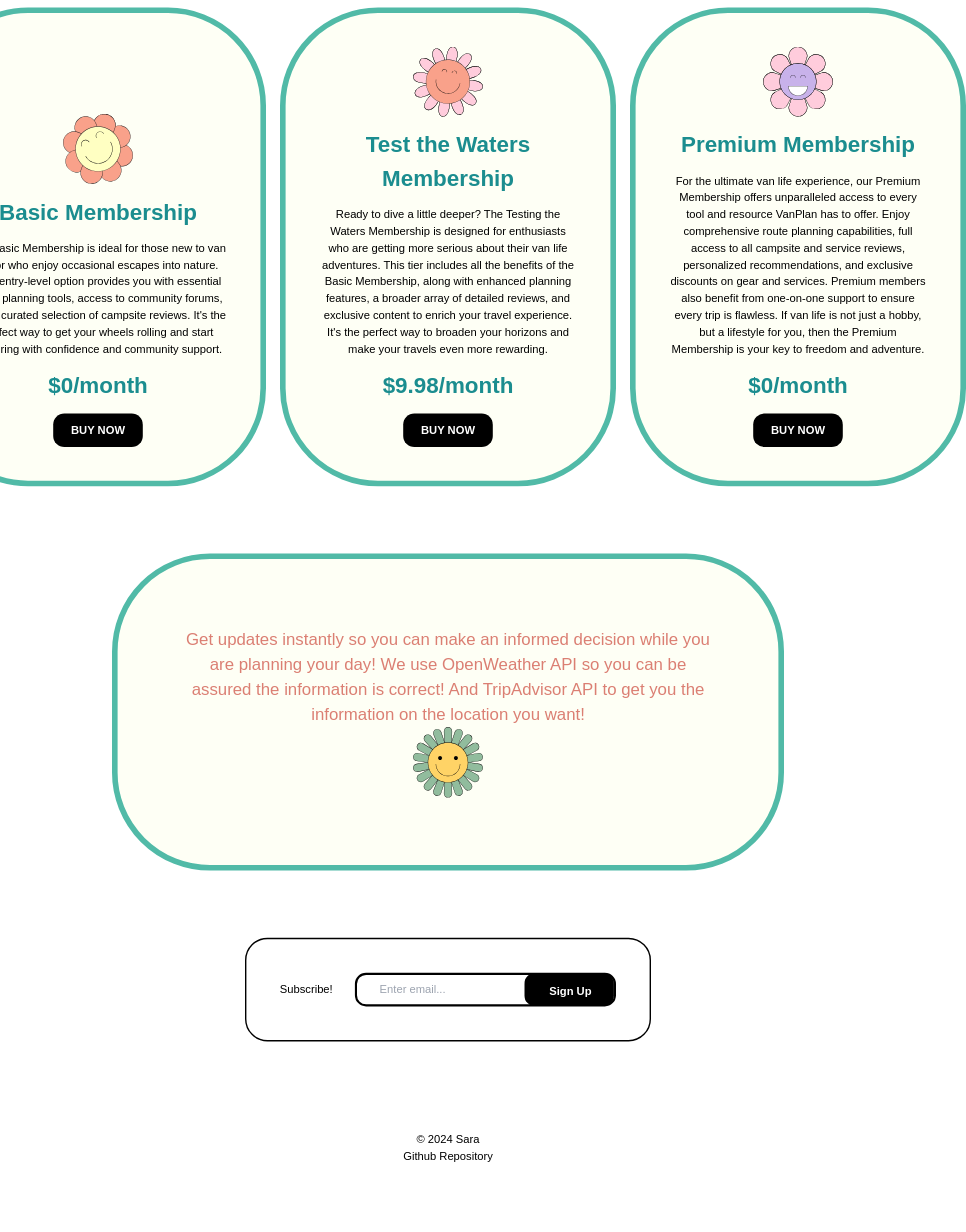
Repository: SaraShio/landing-page
Page: /
These files come from the project's save history. The page is drawn as it stood at one moment and after the next save; the edit follows.
The browser window is 1280 px wide. The page is 1380 px wide, so the pictures cover 1380 px, including what lies to the right of the window. The pictures show the part of the page from y = 864 to 2624 px (the page is 2624 px tall), at 70% of full size.
The project was rebuilt for these pictures with package versions that can differ from the ones it lists, and the page was loaded fresh each time. The framework's server and built-in components were replaced by stand-ins that run in the browser. Also part of the build but not shown: next.config.mjs.

Above is the page before, as saved 2024-03-08 22:21:47.

### src/pages/index.tsx
//import Spline from '@splinetool/react-spline';

import Image from "next/image";

import Header from "../../components/Header";
import Hero from "../../components/Hero";
import PriceCards from '../../components/PriceCards';
import SubBanner from "../../components/SubBanner";
import Subscribe from "../../components/Subscribe";
import Footer from "../../components/Footer";

export default function Home() {
  return (
    <main className={`flex min-h-screen flex-col items-center justify-between p-24`}>
      <Header />
      <Hero/>
      <PriceCards/>
      <SubBanner/>
      <Subscribe/>
      <Footer />
    </main>
  );
}

### src/styles/globals.css
@tailwind base;
@tailwind components;
@tailwind utilities;

@import url('https://fonts.googleapis.com/css2?family=Nunito:wght@400;600;700&display=swap');

:root {
 --black:#000000;
 --white: #FFFFFF;
 --light-gray: #fefff5;
 --gray: #B6B6B6;
 --teal: #26A8AB;
 --dark-teal: #1b8d8f;
 --mint: #51BAA7;
 --salmon: #DB7F73;
 --light-green: #DCDFCC;

 --card-padding: 3rem;
 --sub-banner-padding: 6rem;
}

body {
  font-family: 'Nunito', sans-serif;
  background-color: var(--white);
}

### components/Header/index.tsx
import Image from "next/image";
import styles from "./Header.module.css";

export default function Header() {
  return (
    <>
      <div className={styles.header_container}>
        <div className={styles.logo_img}>
          <Image
            src="/images/green_logo.svg"
            alt="VanPlan Logo"
            width={400}
            height={400}
          />
        </div>

        <div className={styles.input_container}>
        <form>
            <input type="text" placeholder="Enter email...">

            </input>
        </form>
        <button className={styles.signup_button}>Sign Up</button>
        </div>
      </div>
    </>
  );
}

### components/Hero/index.tsx
import { style } from "@mui/system";
import Image from "next/image";
import styles from "./Hero.module.css";

export default function Hero() {
  return (
    <>
      <div className={styles.hero_container}>
        <Image src="/images/test1.jpeg" alt="Test" width={600} height={600} />

        <div className={styles.info_container}>
          <h1 className={styles.title}>Welcome!</h1>
          <h1 className={styles.subtitle}>Plan your day in<br></br>Vancouver</h1>

          <button className={styles.download_button}>FREE DOWNLOAD</button>
        </div>
      </div>
    </>
  );
}

### components/PriceCards/index.tsx
import styles from './PriceCards.module.css';

import CardOne from "../CardOne";
import CardTwo from "../CardTwo";
import CardThree from "../CardThree";

export default function PriceCards() {
  return (
    <>
      <div className={styles.price_card_container}>
        <CardOne />
        <CardTwo />
        <CardThree />
      </div>
    </>
  );
}

### components/SubBanner/index.tsx
import Image from "next/image";
import styles from "./SubBanner.module.css";


export default function SubBanner() {
  return (
    <main className={styles.sub_banner_container}>

    <h1>Get updates instantly so you can make an informed decision while you are planning your day! We use OpenWeather API so you can be assured the information is correct! And TripAdvisor API to get you the information on the location you want!</h1>

    <Image src="/images/test5.svg" alt="Test" width={100} height={100} />


    </main>
  );
}

### components/Subscribe/index.tsx
import Image from "next/image";
import styles from "./Subscribe.module.css";

export default function Subscribe() {
  return (
    <main className={styles.subscribe_container}>
      <h1>Subscribe!</h1>

      <form className={styles.input_container}>
        <input type="text" placeholder="Enter email..."></input>
        <button className={styles.signup_button}>Sign Up</button>
      </form>

    </main>
  );
}

### components/Footer/index.tsx
import Image from 'next/image';
import styles from './Footer.module.css';

export default function Footer(){
    return (
        <>
            <footer className={styles.footer_container}>
                <p>&copy; {new Date().getFullYear()} Sara</p>
                <a href="https://github.com/Haydenleung/MDIA-3109-Final-Project.git" target="_blank" rel="noopener noreferrer">Github Repository</a>
            </footer>
        </>
    )
}

### components/Header/Header.module.css
.header_container{
    display: flex;
    justify-content: space-between;
    align-items: center;
    width: 100vw;
    padding-right: 4rem;
    padding-left: 4rem;
  }

  .signup_button{
    border: 3px solid var(--black);
    border-right: none;
    border-radius: 1rem;
    padding: 12px;
    width: 8rem;
    height: 3rem;
    background-color: var(--black);
    color: var(--white);
    font-weight: 600;
  }

  .input_container{
    display: flex;
    align-items: center;
    border: 3px solid var(--black);
    border-radius: 1rem;
    height: 3rem;
    padding-left: 2rem;
  }

### components/Hero/Hero.module.css
.hero_container {
    color: var(--salmon);
    padding: 120px;
    text-align: left;
    display: flex;
    flex-direction: row;
    align-items: center;
    justify-content: center;
    background-color: var(--light-gray);
    border: 8px solid var(--mint);
    border-radius: 140px;
    margin-top: 2rem;
    margin-bottom: 6rem;
}

.info_container{
padding-left: 1rem;
}

.title {
    font-size: 4rem;
    font-weight: bold;
    color: var(--dark-teal);
}

.subtitle {
    font-size: 2rem;
    padding-bottom: 2rem;
}

.download_button {
    border: none;
    border-radius: 1rem;
    padding: 12px;
    width: 16rem;
    height: 3rem;
    background-color: var(--black);
    color: var(--white);
    font-weight: 800;
    cursor: pointer;
    position: absolute;

  }

  .download_button:hover {
    background-color: var(--white);
    color: var(--dark-teal);
    border: 2px solid var(--dark-teal);
    width: 18rem;
    height: 3rem;
  }

### components/PriceCards/PriceCards.module.css
.price_card_container {
    display: flex;
    flex-direction: row;
    align-items: stretch;
    justify-content: space-around;
    gap: 20px;
  }

### components/CardOne/index.tsx
import Image from "next/image";
import styles from "./CardOne.module.css";

export default function CardOne() {
  return (
    <>
      <div className={styles.card_one_container}>
        <Image src="/images/test2.svg" alt="Test" width={100} height={100} />
        <h1>Basic Membership</h1>
        <p>
          Our Basic Membership is ideal for those new to van life or who enjoy
          occasional escapes into nature. This entry-level option provides you
          with essential route planning tools, access to community forums, and a
          curated selection of campsite reviews. It's the perfect way to get
          your wheels rolling and start exploring with confidence and community
          support.
        </p>

        <h1>$0/month</h1>

        <button className={styles.buy_button}>BUY NOW</button>
      </div>
    </>
  );
}

### components/CardTwo/index.tsx
import Image from "next/image";
import styles from "./CardTwo.module.css";

export default function CardTwo() {
  return (
    <>
      <div className={styles.card_two_container}>
      <Image src="/images/test3.svg" alt="Test" width={100} height={100} />
      <h1>Test the Waters Membership</h1>
      <p>Ready to dive a little deeper? The Testing the Waters Membership is designed for enthusiasts who are getting more serious about their van life adventures. This tier includes all the benefits of the Basic Membership, along with enhanced planning features, a broader array of detailed reviews, and exclusive content to enrich your travel experience. It's the perfect way to broaden your horizons and make your travels even more rewarding.</p>

      <h1>$9.98/month</h1>

      <button className={styles.buy_button}>BUY NOW</button>
      </div>
    </>
  );
}

### components/CardThree/index.tsx
import Image from "next/image";
import styles from "./CardThree.module.css";

export default function CardThree() {
  return (
    <>
      <div className={styles.card_three_container}>
        <Image src="/images/test4.svg" alt="Test" width={100} height={100} />
        <h1>Premium Membership</h1>
        <p>
          For the ultimate van life experience, our Premium Membership offers
          unparalleled access to every tool and resource VanPlan has to offer.
          Enjoy comprehensive route planning capabilities, full access to all
          campsite and service reviews, personalized recommendations, and
          exclusive discounts on gear and services. Premium members also benefit
          from one-on-one support to ensure every trip is flawless. If van life
          is not just a hobby, but a lifestyle for you, then the Premium
          Membership is your key to freedom and adventure.
        </p>

        <h1>$0/month</h1>

        <button className={styles.buy_button}>BUY NOW</button>
      </div>
    </>
  );
}

### components/SubBanner/SubBanner.module.css
.sub_banner_container{
    border: 8px solid var(--mint);
    border-radius: 140px;
    background-color: var(--light-gray);
    padding: var(--sub-banner-padding);
    width: 60rem;
    display: flex;
    flex-direction: column;
    justify-content: center;
    align-items: center;
    text-align: center;
    font-size: 1.5rem;
    color: var(--salmon);
    margin-top: 6rem;
    margin-bottom: 6rem;
}

### components/Subscribe/Subscribe.module.css
.subscribe_container{
    display: flex;
    flex-direction: row;
    align-items: center;
    border: 2px solid var(--black);
    border-radius: 2rem;
    padding: var(--card-padding);
}

.signup_button{
    border: 3px solid var(--black);
    border-right: none;
    border-radius: 1rem;
    padding: 12px;
    width: 8rem;
    height: 3rem;
    background-color: var(--black);
    color: var(--white);
    font-weight: 600;
  }

  .input_container{
    display: flex;
    align-items: center;
    border: 3px solid var(--black);
    border-radius: 1rem;
    height: 3rem;
    padding-left: 2rem;
    margin-left: 2rem;
  }

### components/Footer/Footer.module.css
.footer_container {
    display: flex;
    flex-direction: column;
    justify-content: center;
    align-items: center;
    width: 100vw;
    padding-top: 8rem;
}

### components/CardOne/CardOne.module.css
.card_one_container {
    border: 8px solid var(--mint);
    border-radius: 140px;
    padding: var(--card-padding);
    background-color: var(--light-gray);
    width: 30rem;
    display: flex;
    flex-direction: column;
    justify-content: end;
    align-items: center;
    text-align: center;
  }

  .card_one_container > h1 {
    font-size: 2rem;
    color: var(--dark-teal);
    font-weight: bold;
    margin-top: 1rem;
    margin-bottom: 1rem;
    text-align: center;
  }

  .buy_button {
    border: none;
    border-radius: 1rem;
    padding: 12px;
    width: 8rem;
    height: 3rem;
    background-color: var(--black);
    color: var(--white);
    font-weight: 800;
    cursor: pointer;
  }

  .buy_button:hover {
    background-color: var(--white);
    color: var(--dark-teal);
    border: 2px solid var(--dark-teal);
    width: 10rem;
    height: 3rem;
  }

### components/CardTwo/CardTwo.module.css
.card_two_container {
  border: 8px solid var(--mint);
  border-radius: 140px;
  padding: var(--card-padding);
  background-color: var(--light-gray);
  width: 30rem;
  display: flex;
  flex-direction: column;
  justify-content: center;
  align-items: center;
  text-align: center;
}

.card_two_container > h1 {
  font-size: 2rem;
  color: var(--dark-teal);
  font-weight: bold;
  margin-top: 1rem;
  margin-bottom: 1rem;
  text-align: center;
}

.buy_button {
  border: none;
  border-radius: 1rem;
  padding: 12px;
  width: 8rem;
  height: 3rem;
  background-color: var(--black);
  color: var(--white);
  font-weight: 800;
  cursor: pointer;
}

.buy_button:hover {
  background-color: var(--white);
  color: var(--dark-teal);
  border: 2px solid var(--dark-teal);
  width: 10rem;
  height: 3rem;
}

### components/CardThree/CardThree.module.css
.card_three_container {
  border: 8px solid var(--mint);
  border-radius: 140px;
  background-color: var(--light-gray);
  padding: var(--card-padding);
  width: 30rem;
  display: flex;
  flex-direction: column;
  justify-content: center;
  align-items: center;
  text-align: center;
}

.card_three_container > h1 {
  font-size: 2rem;
  color: var(--dark-teal);
  font-weight: bold;
  margin-top: 1rem;
  margin-bottom: 1rem;
  text-align: center;
}

.buy_button {
  border: none;
  border-radius: 1rem;
  padding: 12px;
  width: 8rem;
  height: 3rem;
  background-color: var(--black);
  color: var(--white);
  font-weight: 800;
  cursor: pointer;
}

.buy_button:hover {
  background-color: var(--white);
  color: var(--dark-teal);
  border: 2px solid var(--dark-teal);
  width: 10rem;
  height: 3rem;
}

Loaded but not shown: src/pages/_app.tsx (common file); src/pages/_document.tsx (common file); tailwind.config.ts (common file)

After the next save:
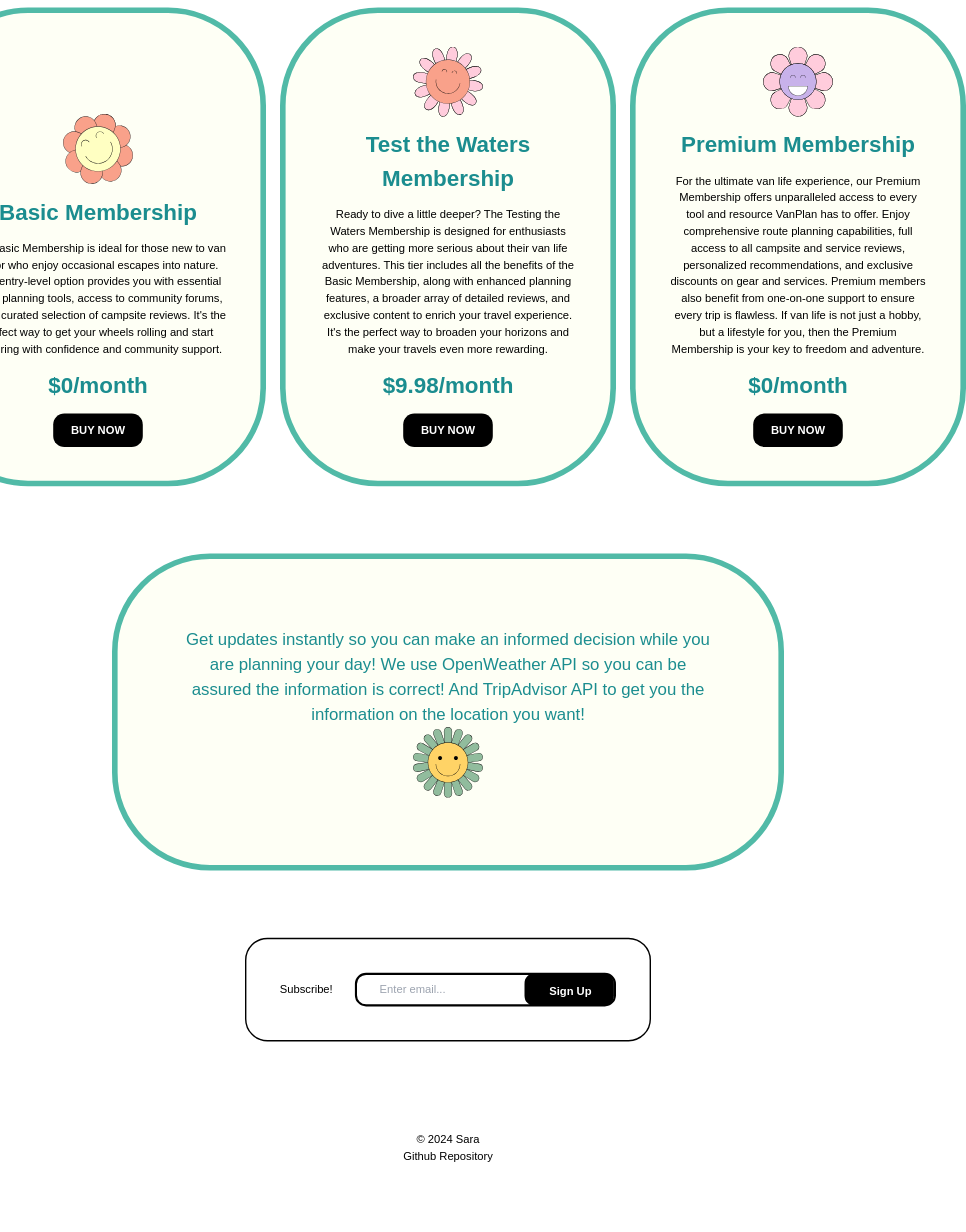
Saved 6 s later.
--- a/components/SubBanner/SubBanner.module.css
+++ b/components/SubBanner/SubBanner.module.css
@@ -10,7 +10,7 @@
     align-items: center;
     text-align: center;
     font-size: 1.5rem;
-    color: var(--salmon);
+    color: var(--dark-teal);
     margin-top: 6rem;
     margin-bottom: 6rem;
 }
